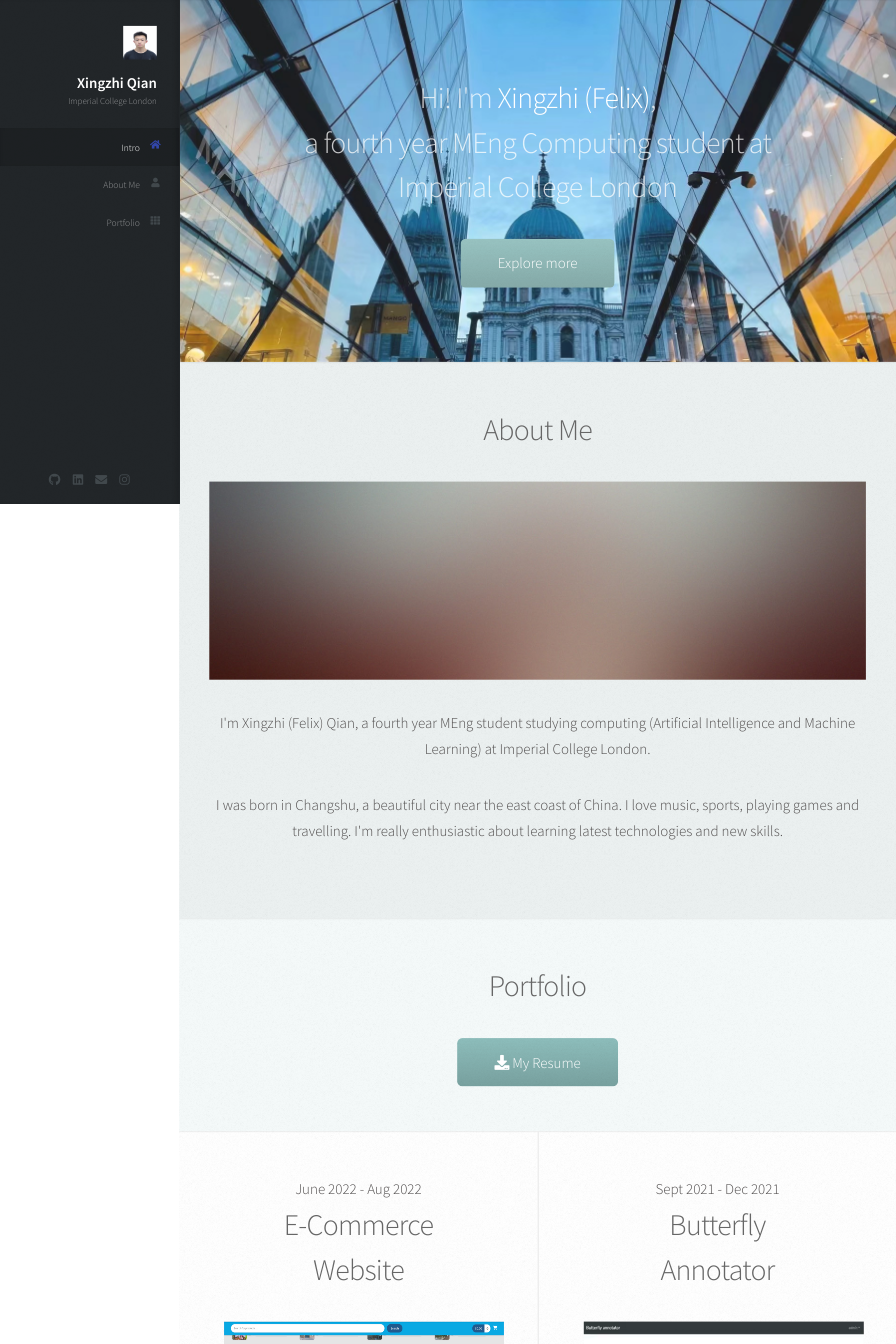
Repository: Felixqxz/Felixqxz.github.io
Page: index.html
These files come from the project's save history. The page is drawn as it stood at one moment and after the next save; the edit follows.
The browser window is 1280 px wide. The pictures show the part of the page from y = 0 to 1920 px (the page is 5449 px tall), at 70% of full size.

Above is the page before, as saved 2022-08-02 15:12:18.

After the next save:
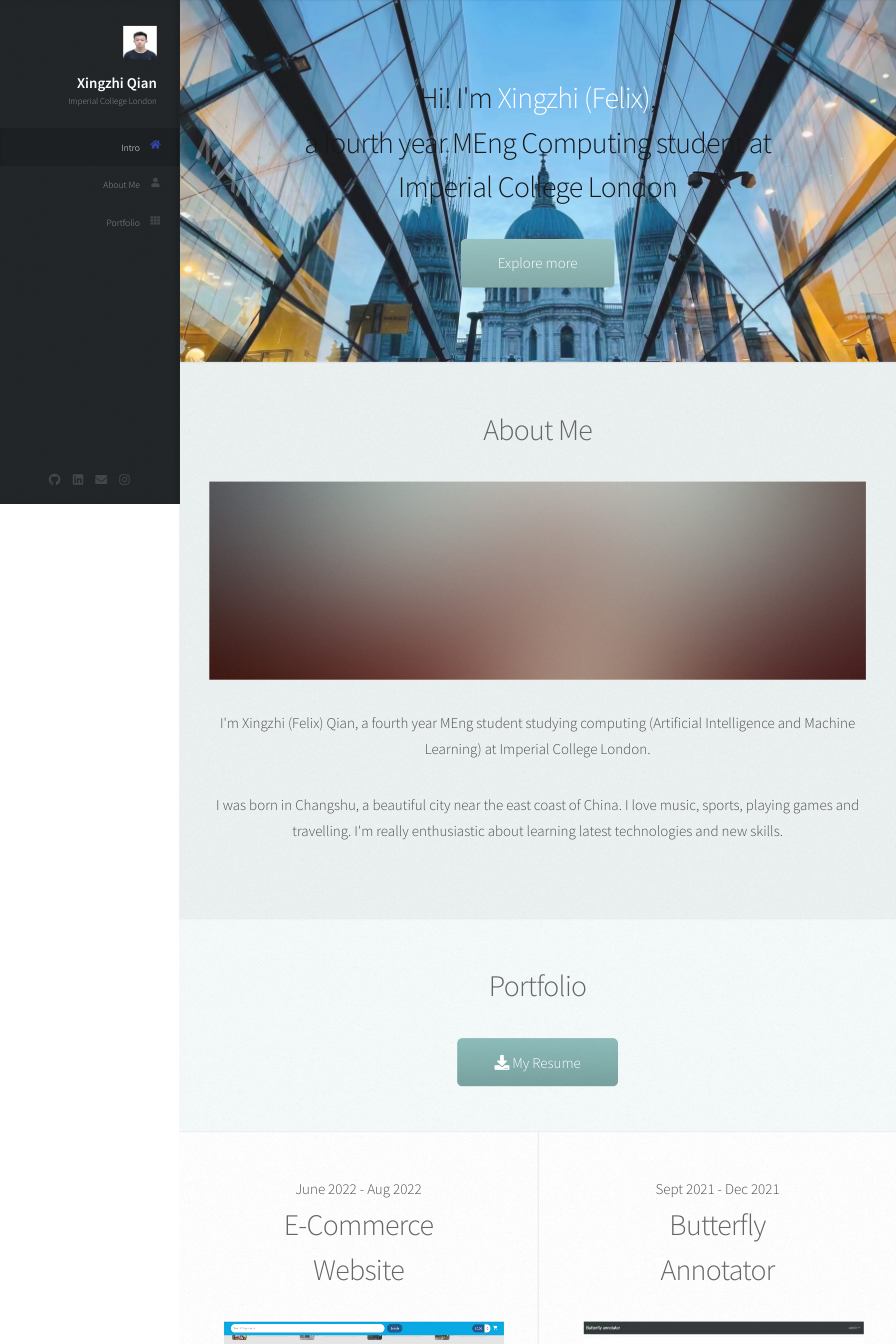
Saved 4 s later.
--- a/index.html
+++ b/index.html
@@ -56,7 +56,7 @@
 
 				<!-- Intro -->
 					<section id="top" class="one dark cover">
-						<div class="container" style="color: ;">
+						<div class="container" style="color: black;">
 
 							<header>
 								<h2 class="alt">Hi! I'm <strong>Xingzhi (Felix)</strong>,</h2>

After the 3 saves that followed:
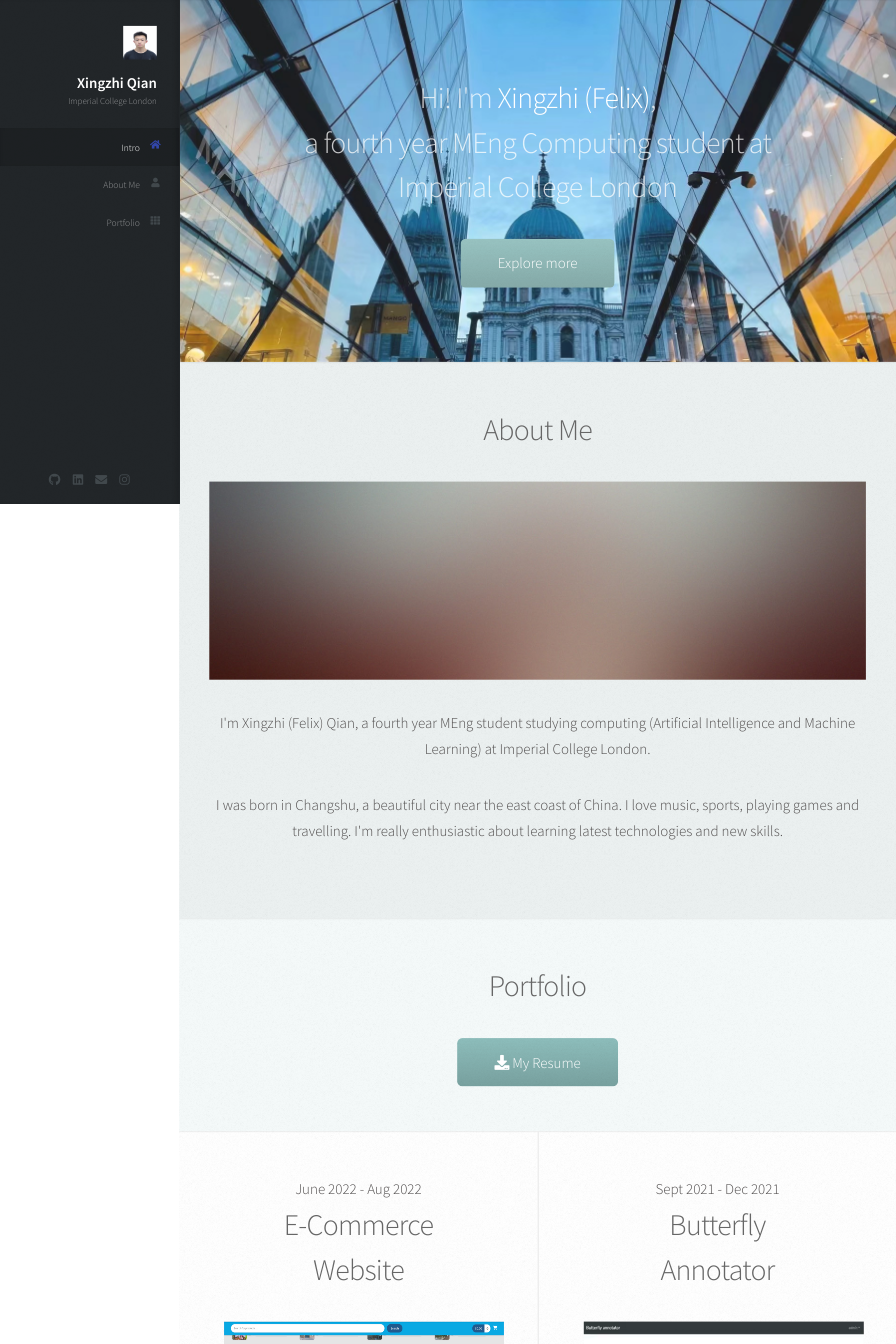
The 3 saves are shown as one change because they came seconds apart.
The last was saved 10 s later.
--- a/index.html
+++ b/index.html
@@ -56,7 +56,7 @@
 
 				<!-- Intro -->
 					<section id="top" class="one dark cover">
-						<div class="container" style="color: black;">
+						<div class="container">
 
 							<header>
 								<h2 class="alt">Hi! I'm <strong>Xingzhi (Felix)</strong>,</h2>
